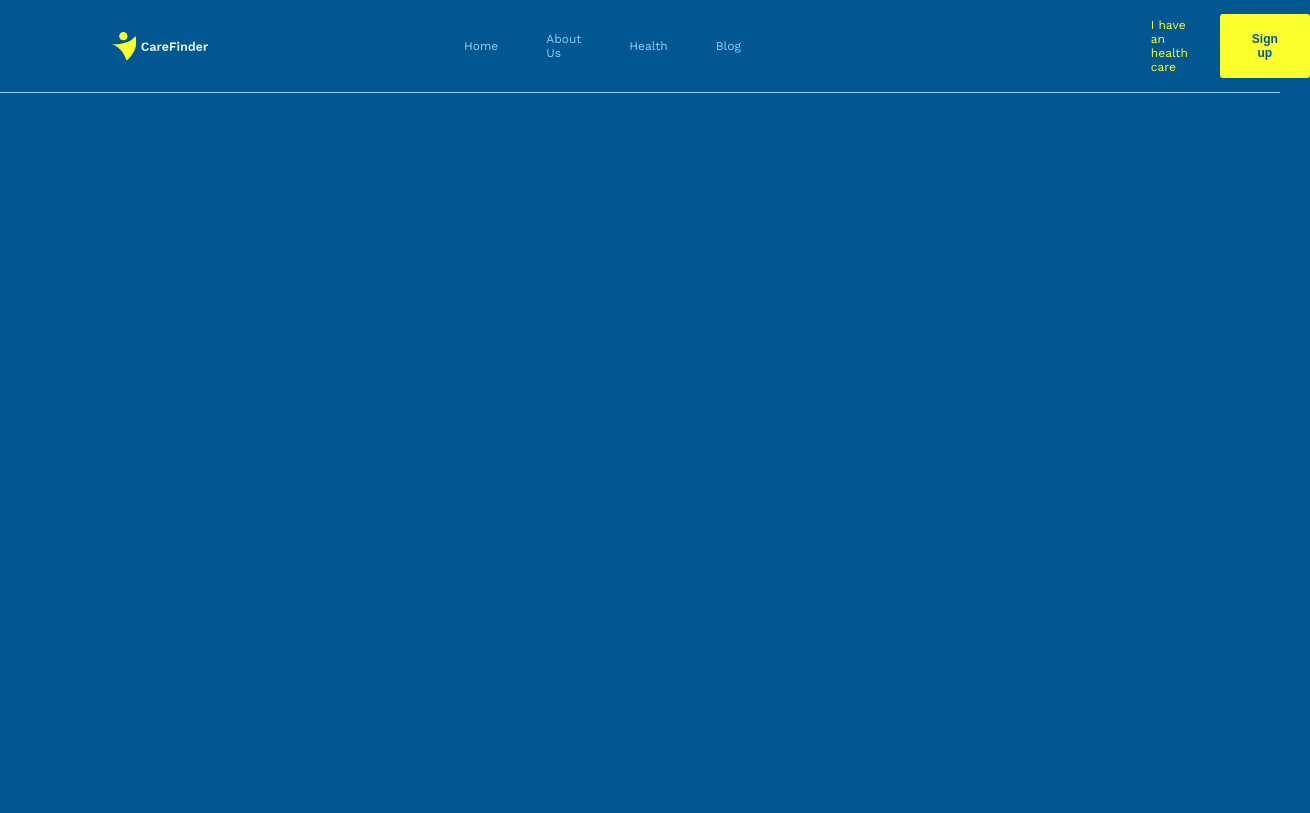
Repository: PreciousOritsedere/Carefinder-App
Page: /
The author's editor kept a copy of each file at every save. The page is drawn from the files as they stood at one save, then again after the next save.
The browser window is 1280 px wide. The page is 1310 px wide, then 1280 px, so the pictures cover 1310 px, including what lies to the right of the window. The pictures show the whole page.
The project was rebuilt for these pictures with package versions that can differ from the ones it lists, and the page was loaded fresh each time. The framework's server and built-in components were replaced by stand-ins that run in the browser. Also part of the build but not shown: next.config.js, src/Components/Nav_Menu/NavMenu.js.

Above is the page before, as saved 2023-06-12 19:56:27.

### src/app/layout.js
// use client


import "./globals.css";
import { Work_Sans } from "next/font/google";
import Navbar from "@/Components/Nav/Navbar";

const work_sans = Work_Sans({ subsets: ["latin"] });

export const metadata = {
  title: "Carefinder",
  description: "Generated by create next app",
};

export default function RootLayout({ children }) {
  return (
    <html lang="en">
      <body className={work_sans.className}>
        <Navbar />
        {children}
      </body>
    </html>
  );
}

### src/app/page.js
import Image from 'next/image'
import styles from './page.module.css'

export default function Home() {
  return (
    <main className={styles.main}>
      <div className={styles.description}>

      </div>
    </main>
  )
}

### src/app/globals.css
@import url('https://fonts.googleapis.com/css2?family=Work+Sans&display=swap');

*, *::before, *::after {
  box-sizing: border-box;
  margin: 0;
  padding: 0;
}

body {
  font-family: 'Work Sans', sans-serif;
  background-color: #005792;
}

### src/Components/Nav/Navbar.js
"use client";
import React from "react";
import { useState } from "react";
import styles from "./Nav.module.css";
import Image from "next/image";
import Logo from "@/assets/nav/logo.svg";
import Hamburger from "@/assets/nav/hamburger.svg";
import Cancel from "@/assets/nav/cancel.svg";
import NavMenu from "@/Components/Nav_Menu/NavMenu";

function Navbar() {
  const [showMenu, setShowMenu] = useState(false);

  const handleMenuToggle = () => {
    setShowMenu(!showMenu);
  };

  return (
    <nav className={styles.nav}>
      <Image src={Logo} alt="Logo" />

      <div className={styles.desktop_menu}>
        <ul>
          <li>Home</li>
          <li>About Us</li>
          {/* <li>Drugs</li> */}
          <li>Health</li>
          <li>Blog</li>
        </ul>
        <div className={styles.nav_signup}>
          <p>I have an health care </p>
          <button>Sign up</button>
        </div>
      </div>
      <div>
        <>
          {showMenu ? (
            <Image src={Cancel} alt="Menu" onClick={handleMenuToggle} />
          ) : (
            <Image
              src={Hamburger}
              alt="Menu"
              className={styles.hamburger}
              onClick={handleMenuToggle}
            />
          )}
        </>
      </div>

      {showMenu ? <NavMenu /> : null}
    </nav>
  );
}

export default Navbar;

### src/Components/Nav/Nav.module.css
.nav {
  margin: 0 auto;
  display: flex;
  align-items: center;
  /* gap: 136px; */
  justify-content: space-between;
  padding: 8px 16px;
  border-bottom: 1px solid #93CEF5;
}

.hamburger {
  position: relative;
  top: 5px;
  right: 5px;
}

.nav_menu {
  position: absolute;
  left: 70%;
  right: 0;
  top: 50px;
  background-color: #93cef5;
  margin: 10px;
  padding: 12px;
  font-size: 14px;
  font-weight: 400;
  border-radius: 6px;
}

.desktop_menu {
  display: none;
  font-size: 12px;
  font-weight: 400;
  color: #93cef5;
}

.desktop_menu ul {
  display: flex;
  align-items: center;
  list-style: none;
}

.desktop_menu ul li {
  padding: 32px 24px;
}

.nav_signup {
  display: flex;
  align-items: center;
  justify-content: space-between;
  gap: 32px;
  color: #fbff2b;
  /* width: 100%; */
}

.nav_signup button {
  padding: 18px 32px;
  background-color: #fbff2b;
  color: #005792;
  border-radius: 3px;
  border: none;
  font-size: 12px;
  font-weight: 600;
}

@media screen and (min-width: 768px) {
  .nav {

    gap: 230px;
    padding: 0 110px;
  }

  .desktop_menu {
    display: flex;
    align-items: center;
    /* justify-content: flex-end; */
    /* justify-content: space-between; */
    gap: 386px;
  }

  .hamburger {
    display: none;
  }
}

Loaded but not shown: src/app/page.module.css (common file)

After the next save:
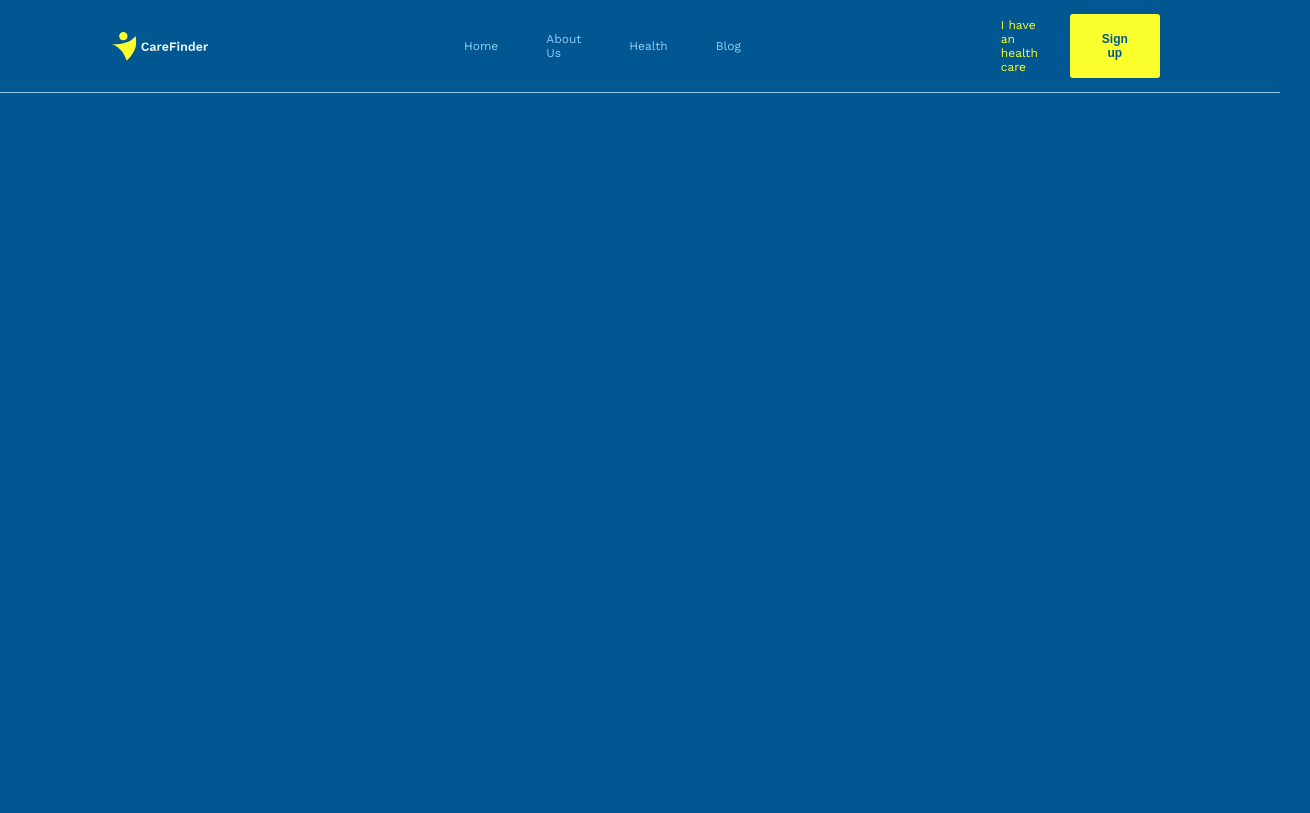
Saved 10 s later.
--- a/src/Components/Nav/Nav.module.css
+++ b/src/Components/Nav/Nav.module.css
@@ -75,7 +75,7 @@
     align-items: center;
     /* justify-content: flex-end; */
     /* justify-content: space-between; */
-    gap: 386px;
+    gap: 236px;
   }
 
   .hamburger {
